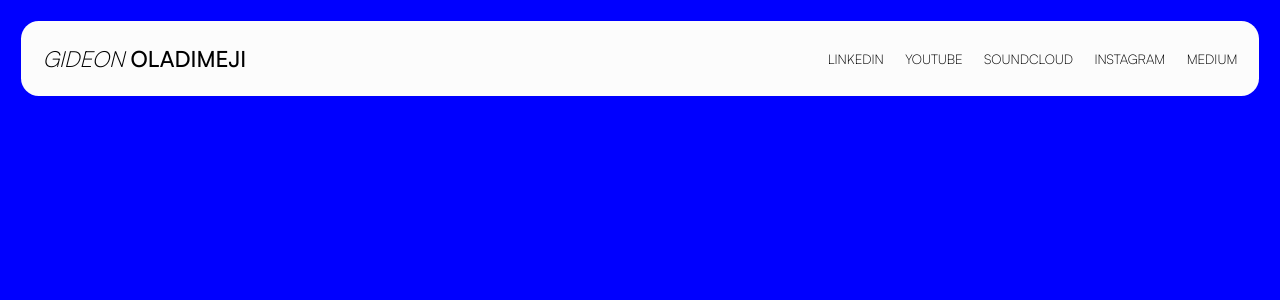
Repository: WilAy1/scalarbnae
Page: /
These files come from the project's save history. The page is drawn as it stood at one moment and after the next save; the edit follows.
The browser window is 1280 px wide. The pictures show the whole page.
The project was rebuilt for these pictures with package versions that can differ from the ones it lists, and the page was loaded fresh each time.

Above is the page before, as saved 2024-11-11 17:22:32.

After the next save:
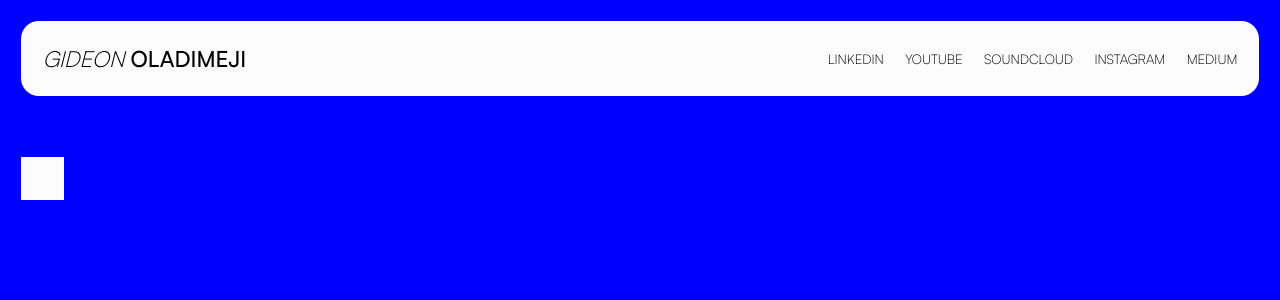
Saved 82 s later.
--- a/src/App.js
+++ b/src/App.js
@@ -6,7 +6,11 @@
   return (
     <div className="App bg-[#2B50AA] w-full min-h-screen p-[1.667vw]">
       <Header />
-      <div className='py-[4.761vw]'></div>
+      <div className='py-[4.761vw]'>
+        <div className='w-full flex items-center gap-[]'>
+          <div className='bg-[#FCFCFC] p-[1.667vw]'></div>
+        </div>
+      </div>
     </div>
   );
 }
